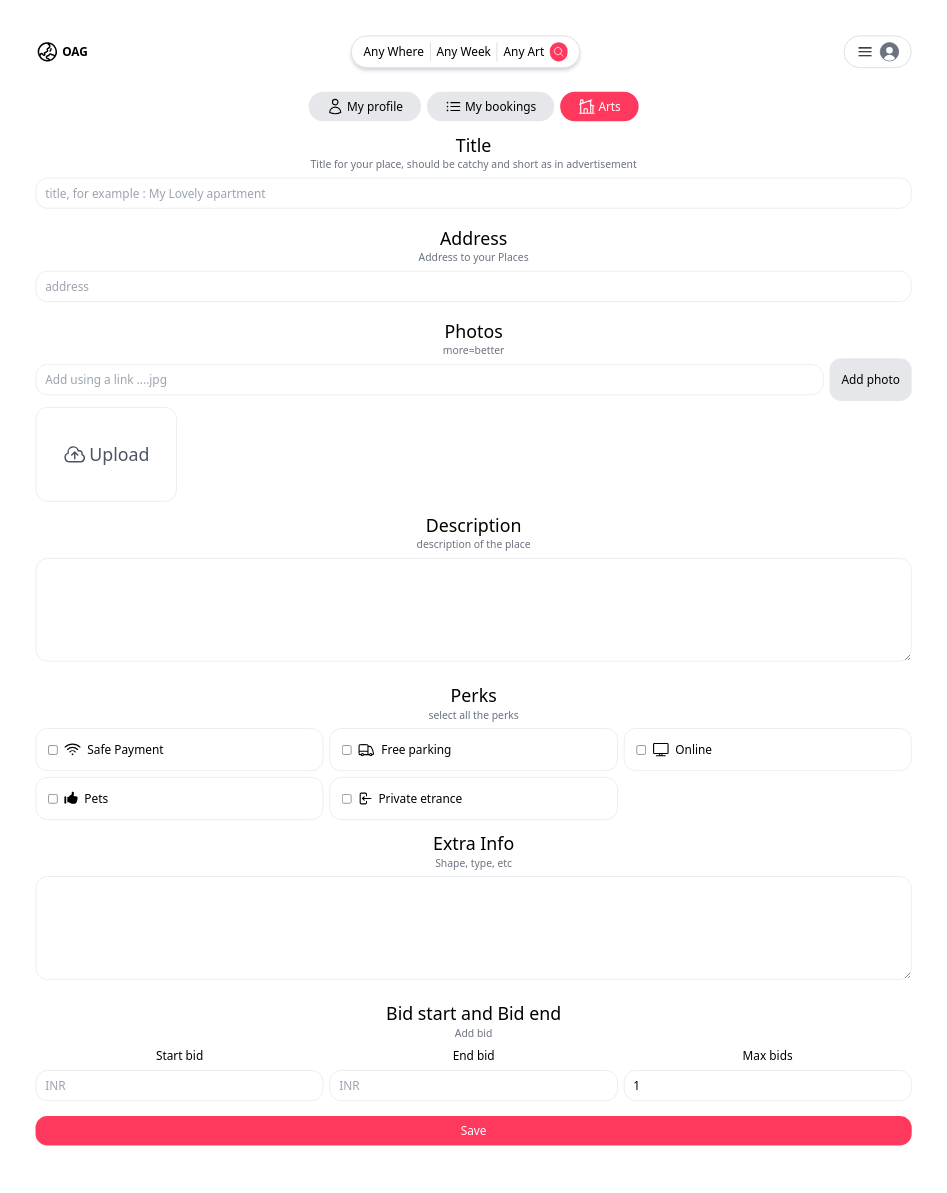
Repository: saurabh22111999/OAG
Page: /account/places/new (app in client/)
The author's editor kept a copy of each file at every save. The page is drawn from the files as they stood at one save, then again after the next save.
The browser window is 1280 px wide. The pictures show the whole page, at 74% of full size.
The page's requests for data from a server got no answer. The project was rebuilt for these pictures with package versions that can differ from the ones it lists, and the page was loaded fresh each time. No one was signed in, and anything a server would have sent is missing. Also part of the build but not shown: client/vite.config.js, client/src/Pages/IndexPages.jsx, client/src/Pages/LoginPage.jsx, client/src/Pages/RegisterPage.jsx, client/src/Image.jsx, client/src/PlaceImg.jsx, client/src/Pages/PlacesPage.jsx, client/src/Pages/profilePage.jsx.

Above is the page before, as saved 2023-05-12 08:11:19.

After the next save:
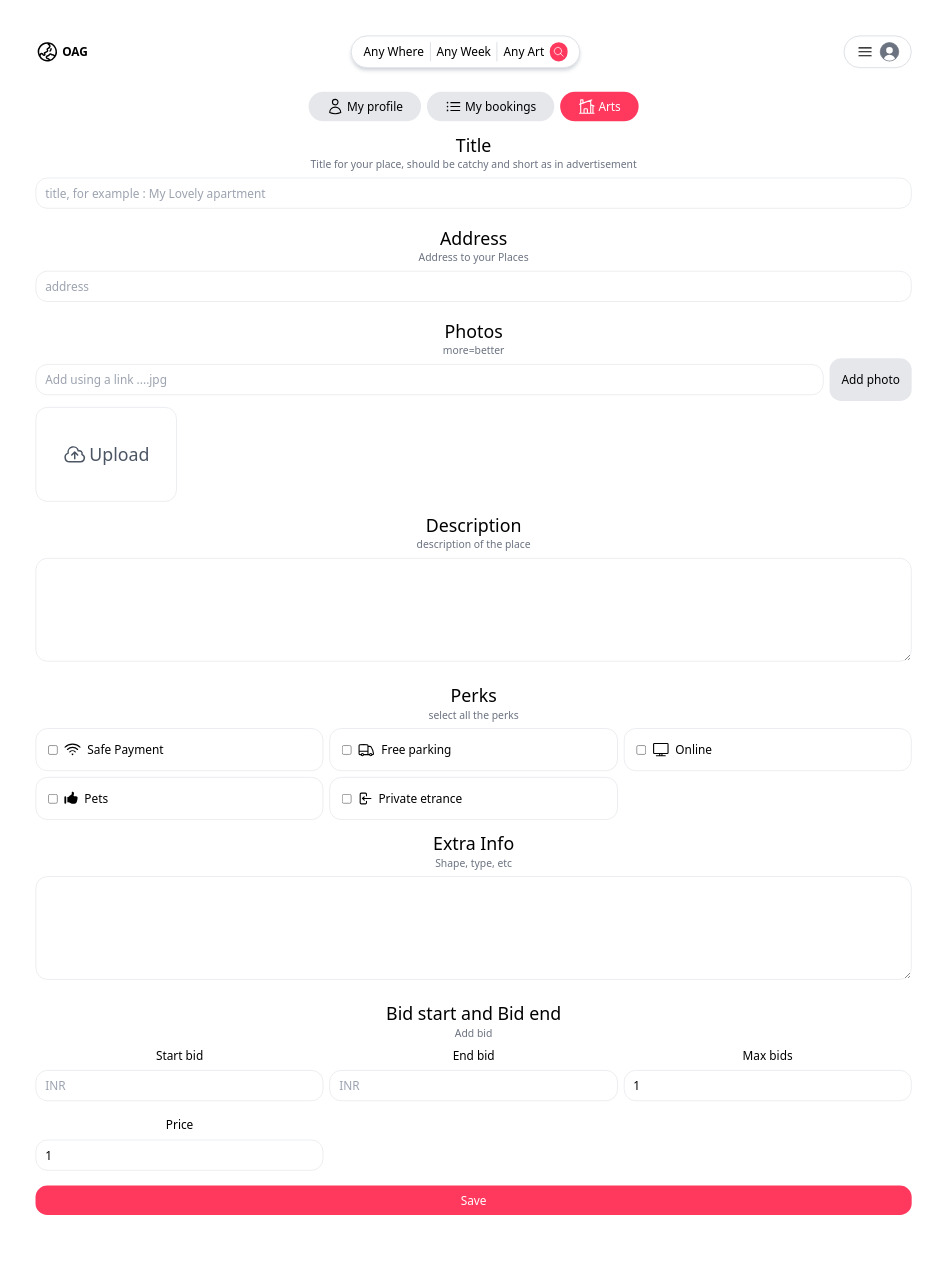
Saved 75 s later.
--- a/client/src/Pages/PlacesFormPage.jsx
+++ b/client/src/Pages/PlacesFormPage.jsx
@@ -159,6 +159,13 @@ axios.get('/places/'+id).then(response=>{
                             value={maxbid}
                              onChange={ev=>setMaxbid(ev.target.value)}/>
                         </div>
+                        <div className="mt-2 -mb-1">
+                        <h3>Price</h3>
+                            <input type="Number"
+                            placeholder="Number"
+                            value={maxbid}
+                             onChange={ev=>setMaxbid(ev.target.value)}/>
+                        </div>
                     </div>
                     <button className="primary my-4" >Save</button>
                 </form>
